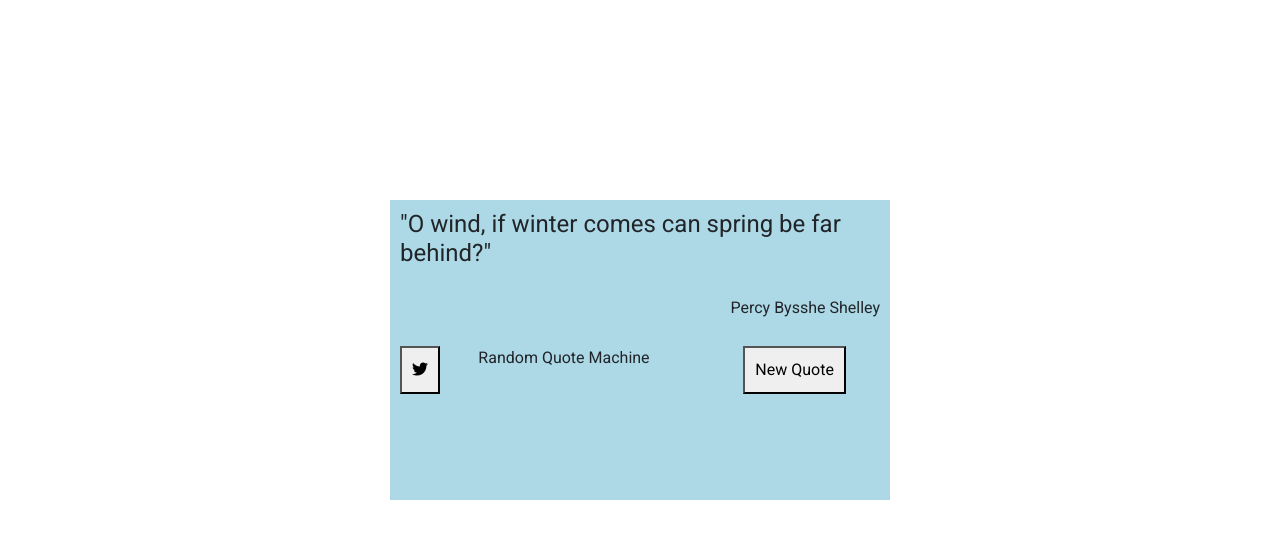
Repository: derektypist/random-quote-machine
Page: index.html
The author's editor kept a record of every edit. The page is drawn from the files as they stood at one moment, then again after the next edit.
The browser window is 1280 px wide. The pictures show the whole page.
Some web libraries are served in a nearby version.

Above is the page before.

After the next edit:
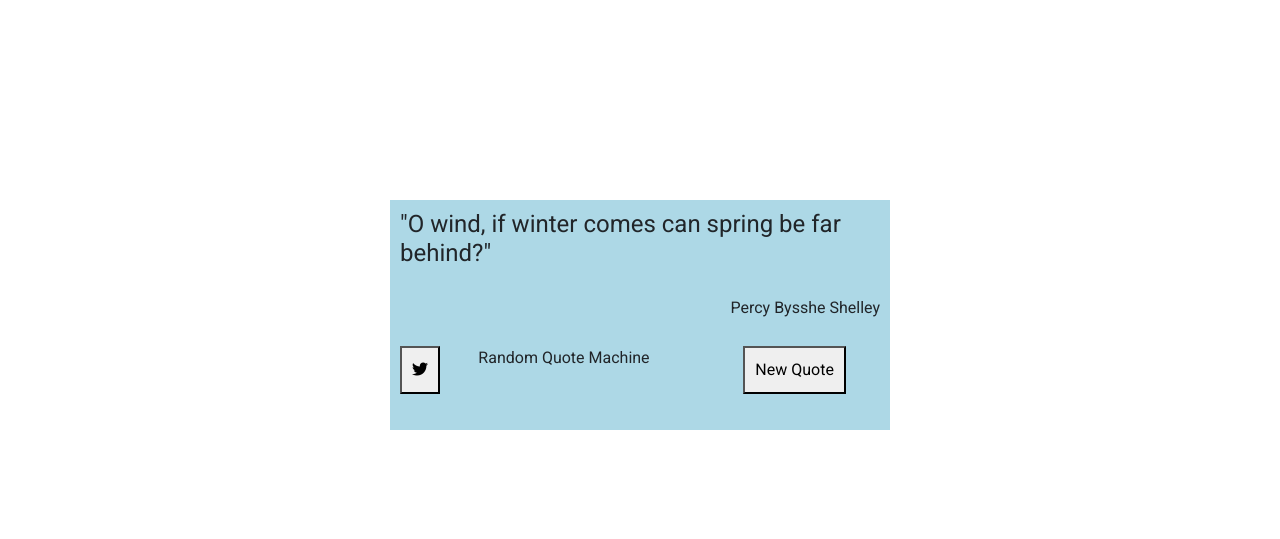
The edit:
--- a/index.html
+++ b/index.html
@@ -19,7 +19,7 @@
             display: block;
             position: relative;
             top: 200px;
-            height: 300px;
+            height: 230px;
             width: 500px;
             margin: auto;
 
